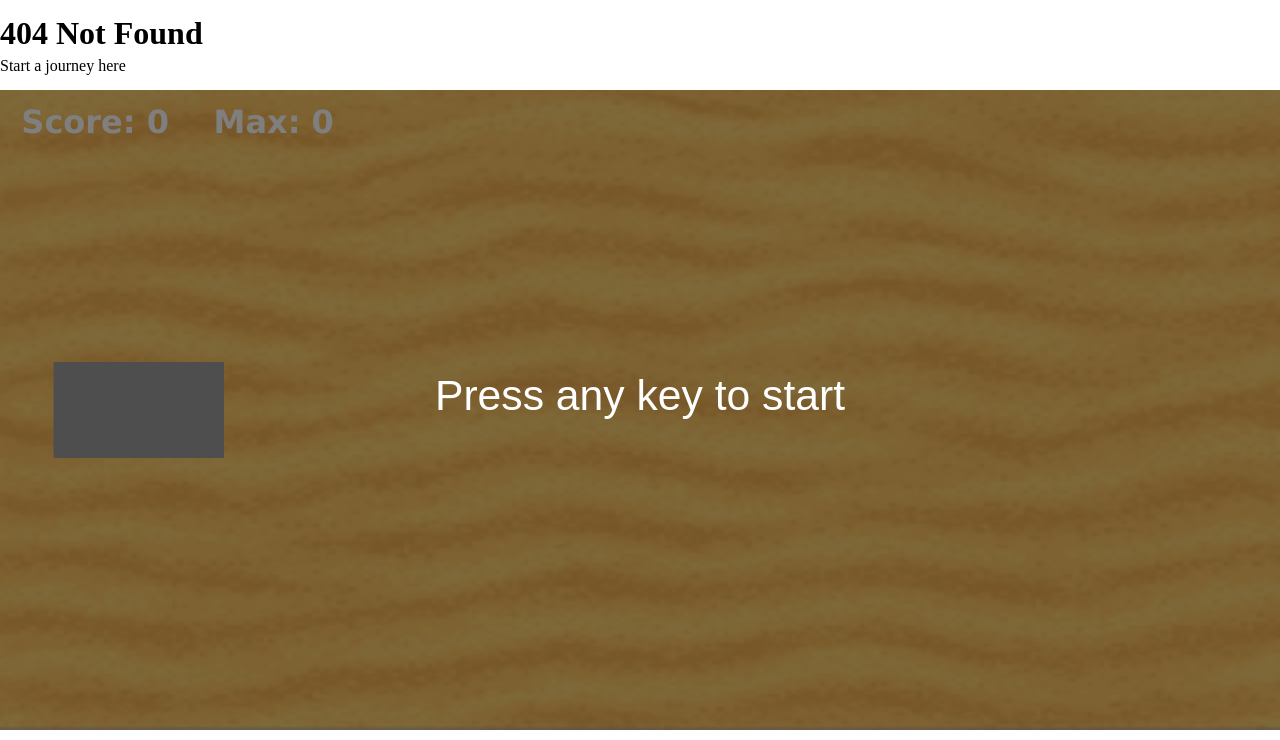
Repository: btgoo/game
Page: car.html
The author's editor kept a copy of each file at every save. The page is drawn from the files as they stood at one save, then again after the next save.
The browser window is 1280 px wide. The pictures show the whole page.

Above is the page before, as saved 2025-10-26 02:32:36.

After the next save:
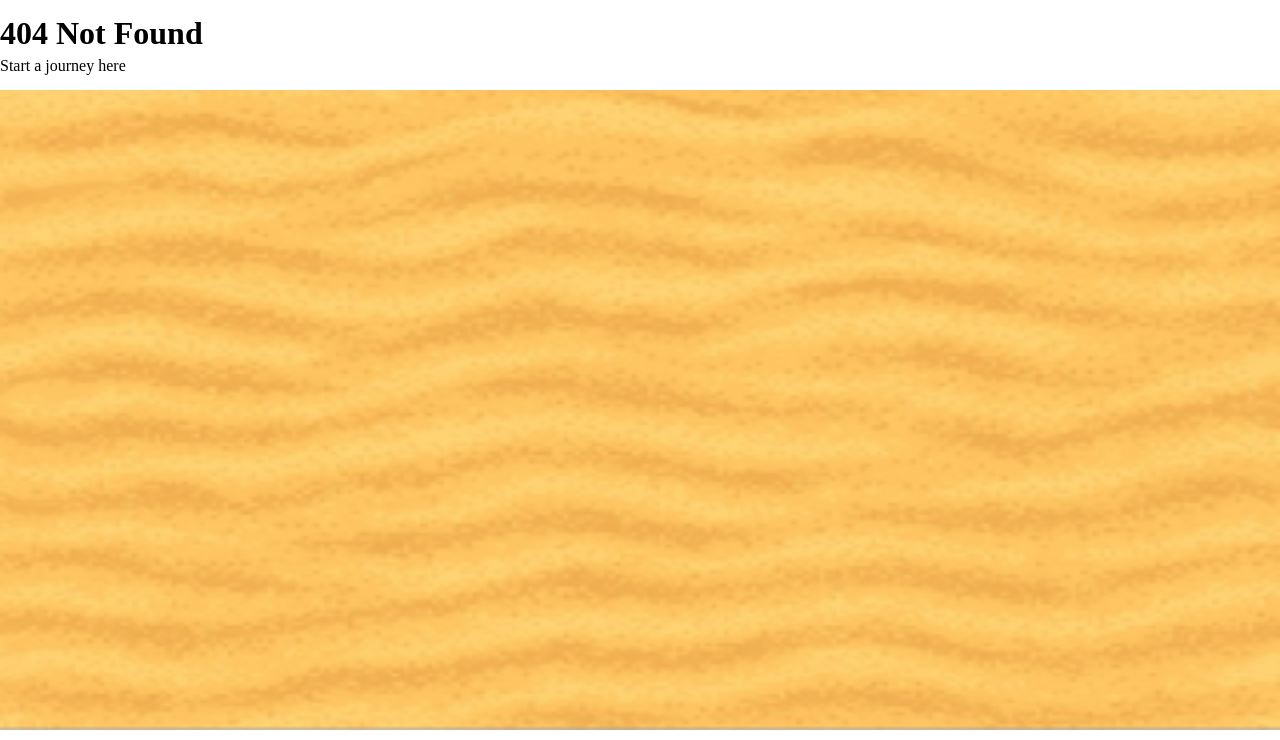
Console error (its wording comes from the project's code and is left out).
Saved 9 s later.
--- a/carscript.js
+++ b/carscript.js
@@ -129,7 +129,7 @@
     ctx.fillStyle = "white";
     ctx.font = `bold ${30 * scaleRatio}px Verdana`;
     ctx.textAlign = "left";
-    ctx.fillText(`Score: ${score}    Max: ${maxScore}`, 20 * scaleRatio, 40 * scaleRatio);
+    ctx.fillText(`Score: ${score}    Max: ${maxScore}`, 20 * scaleRatio, );
 
     if (backgroundX * scaleRatio >= bgWidth) backgroundX = 0;
 

After the 2 saves that followed:
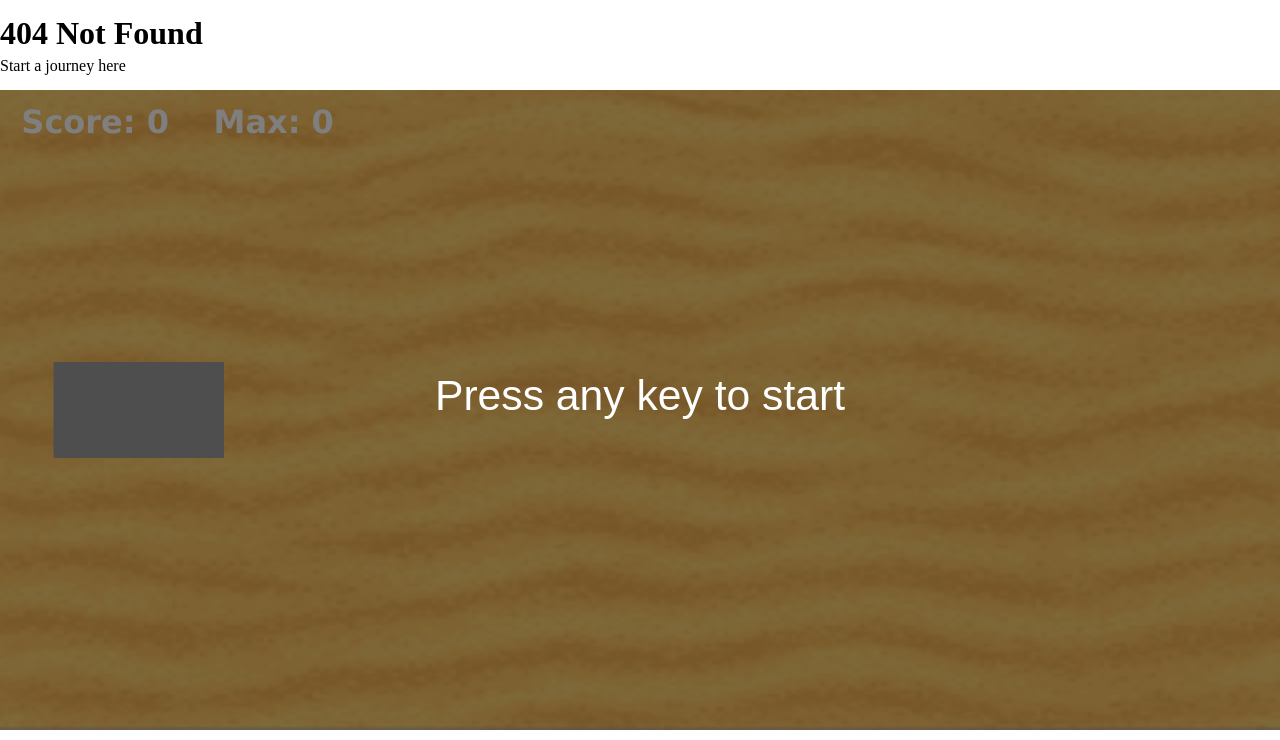
The error is gone.
The 2 saves are shown as one change because 1 left the picture as it was.
The last was saved 9 s later.
--- a/carscript.js
+++ b/carscript.js
@@ -129,7 +129,7 @@
     ctx.fillStyle = "white";
     ctx.font = `bold ${30 * scaleRatio}px Verdana`;
     ctx.textAlign = "left";
-    ctx.fillText(`Score: ${score}    Max: ${maxScore}`, 20 * scaleRatio, );
+    ctx.fillText(`Score: ${score}    Max: ${maxScore}`, 20 * scaleRatio, 40 * scaleRatio);
 
     if (backgroundX * scaleRatio >= bgWidth) backgroundX = 0;
 
